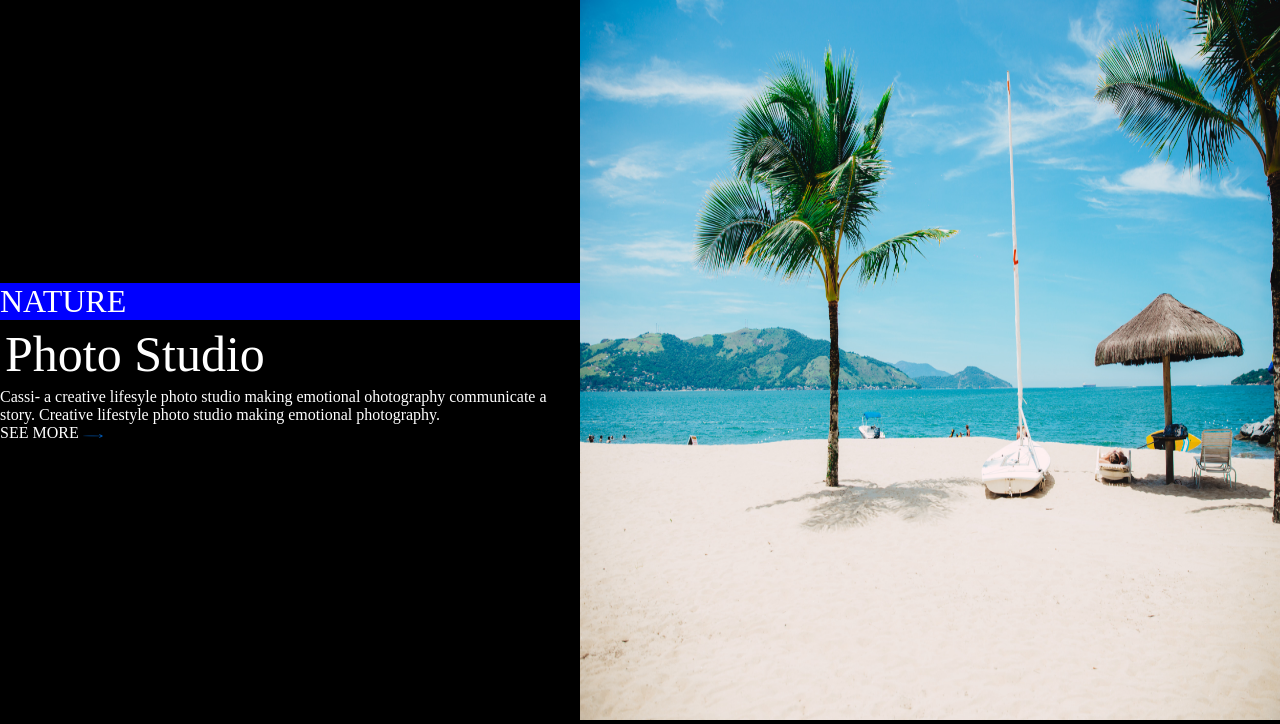
Repository: BRAspeaks/petty-project1
Page: petty project 1.html
The author's editor kept a copy of each file at every save. The page is drawn from the files as they stood at one save, then again after a run of saves.
The browser window is 1280 px wide. The pictures show the whole page.

Above is the page before, as saved 2022-07-25 15:18:41.

### petty project 1.html
<!DOCTYPE html>
<html lang="en">
    <head>
        <meta charset="UTF-8">
        <meta http-equiv="X-UA-Compatible" content="IE=edge">
        <meta name="viewport" content="width=device-width, initial-scale=1.0">
        <title> Photo Studio</title>
        <link rel="stylesheet" href="pettyproject1.css">
    </head>
    <body>
        <div class="main">
            <p class="Nature"> NATURE</p>
            <p class="photo">Photo Studio</p>
            <p class="bodice">Cassi- a creative lifesyle photo studio making emotional ohotography communicate a story. Creative lifestyle photo studio making emotional photography.</p>
            <p class="more">SEE MORE </p>
            <img src="bluearrow.png" class="arrow">
        </div>
        <div class="image">
            <img src="beach.jpg" class="beach" >
        </div>
    </body>
</html>

### pettyproject1.css
* {
    margin: 0;
    padding: 0;
    box-sizing: border-box;
}
body{
    background-color: black;
    color: white;
    display: grid;
    grid-template-columns: 1fr 1fr;
    justify-items: center;
    align-items: center;
    justify-content: space-between;
}
.main{
    text-align: left;
    width: 100%;
    /* margin-top: 50%;
    margin-bottom: 50%; */
    margin-left: 5%;
    margin-right: 5%;
}
.Nature{
    background-color: blue;
    /* width:70px; */
    font-size: 2rem;
}
.photo{
    font-size: 50px;
    margin: 5px;
}
.arrow{
    width:20px;
}
.more, .arrow {
    display: inline-block
}
.main, .image{
    /* display:inline-block; */
}
.image{
    /* text-align: right;    */
    width: 100%;
    align-self: center;
}
.beach{
    width: 700px;
    height: 100vh;
    /* margin-bottom: -500px; */
}

After the next 2 saves:
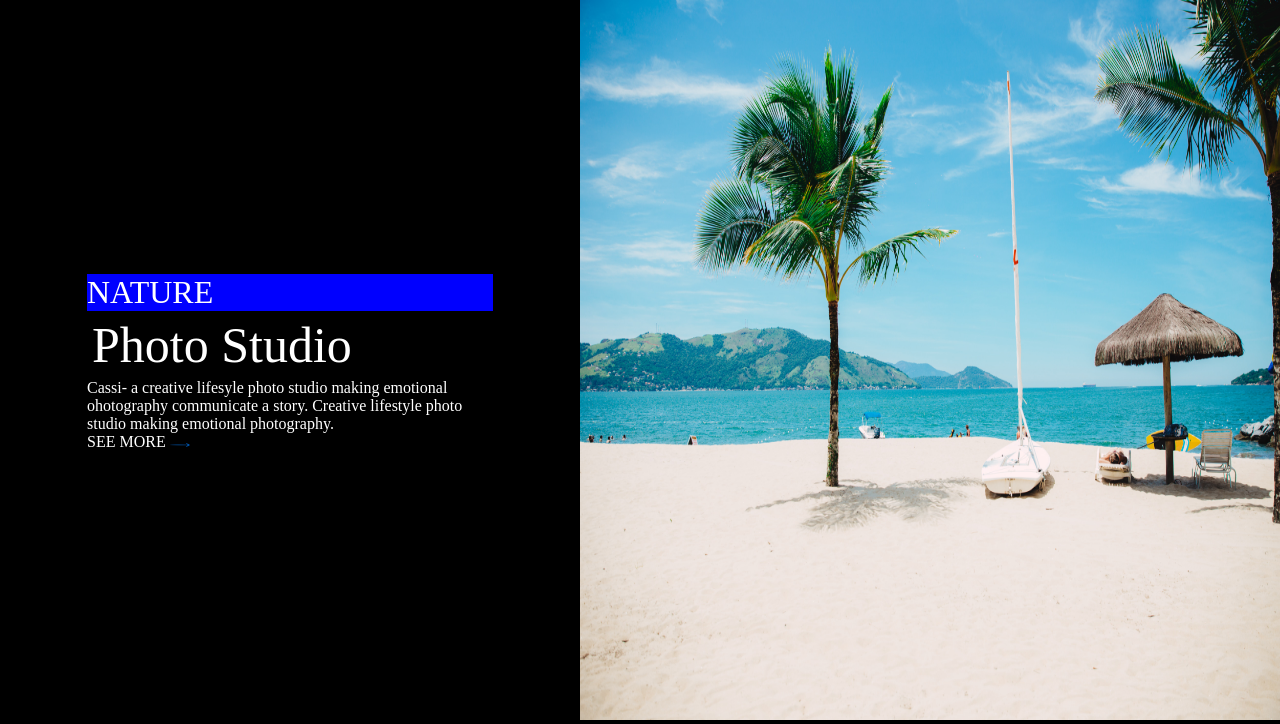
The 2 saves are shown as one change because they came seconds apart.
The last was saved 7 s later.
--- a/pettyproject1.css
+++ b/pettyproject1.css
@@ -14,7 +14,7 @@ body{
 }
 .main{
     text-align: left;
-    width: 100%;
+    width: 70%;
     /* margin-top: 50%;
     margin-bottom: 50%; */
     margin-left: 5%;
